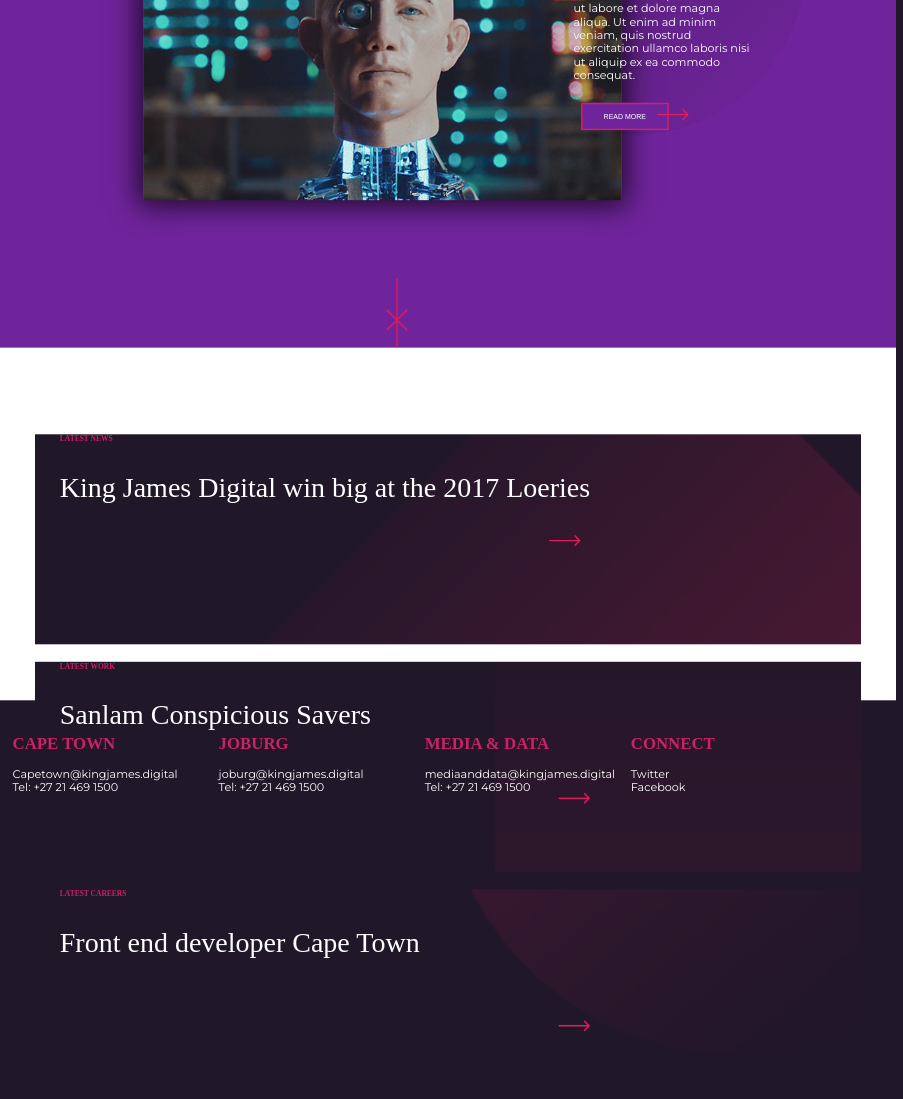
Repository: Ajtheult/King-James-Site
Page: index.html
An editor plug-in stored every save of this project. The page is shown before and after the next save, followed by the edit.
The browser window is 1280 px wide. The page is 1290 px wide, so the pictures cover 1290 px, including what lies to the right of the window. The pictures show the part of the page from y = 2859 to 4739 px (the page is 4429 px tall before and 4739 px after), at 70% of full size.
The style sheet was rebuilt from its Sass, Less or Tailwind sources for each picture, by a compiler version that may differ from the author's.

Above is the page before, as saved 2020-08-24 15:19:08.

After the next save:
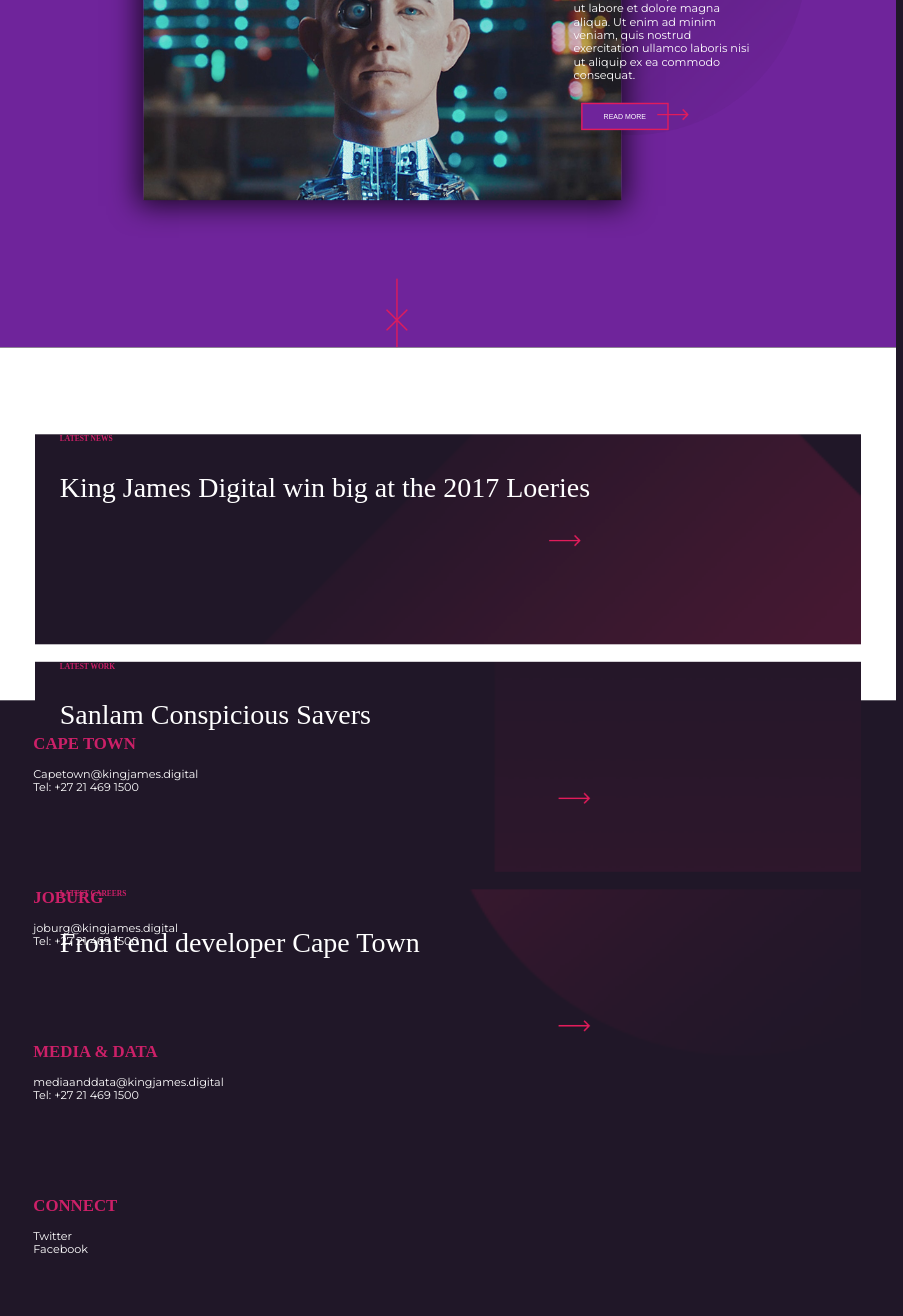
Saved 19 s later.
--- a/styling/index.scss
+++ b/styling/index.scss
@@ -231,7 +231,7 @@
 
 .box_six {
   .grid-container {
-    display: grid;
+    // display: grid;
 
     grid-template-columns: 23% 23% 23% 23%;
 
